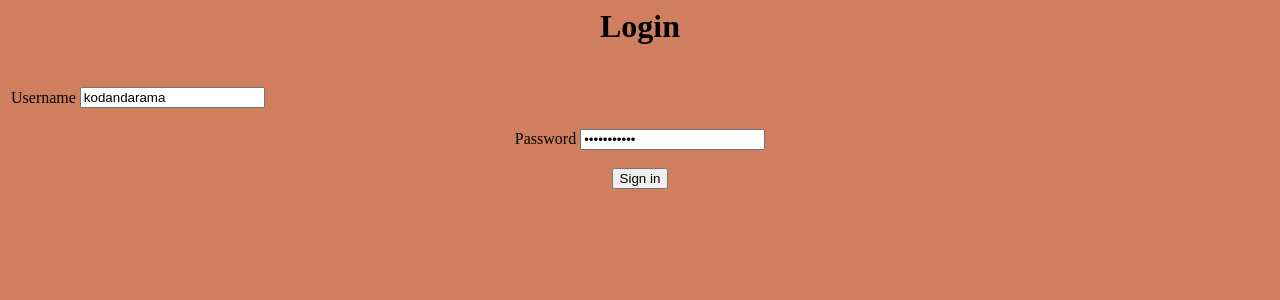
Repository: Rama-13/LaunchPadAllFiles
Page: java-workspace/FirstWebProject/WebContent/Login1.html
These files come from the project's save history. The page is drawn as it stood at one moment and after the next save; the edit follows.
The browser window is 1280 px wide. The pictures show the whole page.

Above is the page before, as saved 2019-07-29 04:45:19.

### java-workspace/FirstWebProject/WebContent/Login1.html
<html>

<body>

<script>

    function validate()

    {

var userna = document.getElementById("username").value;

var passworda = document.getElementById("password").value;
var ErrorUsername = document.getElementById("Errorusername").value;

if (userna == "kodandarama" && passworda == "kodandarama")

{
    alert("You are logged in :" +userna);
}

else {

alert("Invalid credentials");

}
}

</script>

<h1 align = "center"> Login</h1>

<body bgcolor = "#CF7F5E" text = "black">

<form action = "Welcome" align = "center">

<table> <tr><td>Username</td>

<td><input type = "text" id = "username" name = "Username" value = "kodandarama" ></td></tr><br>
<span id = "ErrorUsername"></span></table><br>
<tr><td></td><td>Password</td>

<td><input type = "password" id = "password" name = "password" value = "kodandarama" ></td></tr><br><br>

<tr><td></td><td><input type = "submit" value ="Sign in" onclick = "validate();"></td></tr>

</body>

</html>

After the next save:
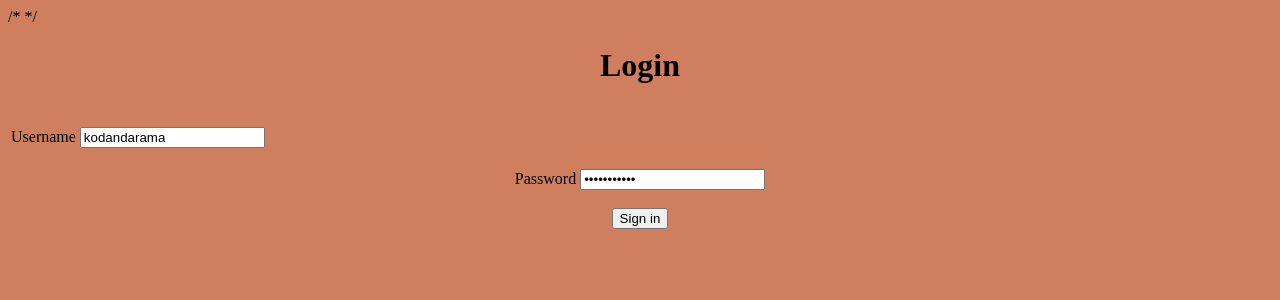
Saved 4 min 22 s later.
--- a/java-workspace/FirstWebProject/WebContent/Login1.html
+++ b/java-workspace/FirstWebProject/WebContent/Login1.html
@@ -2,7 +2,7 @@
 
 <body>
 
-<script>
+/*<script>
 
     function validate()
 
@@ -27,6 +27,7 @@ alert("Invalid credentials");
 }
 
 </script>
+*/
 
 <h1 align = "center"> Login</h1>
 
